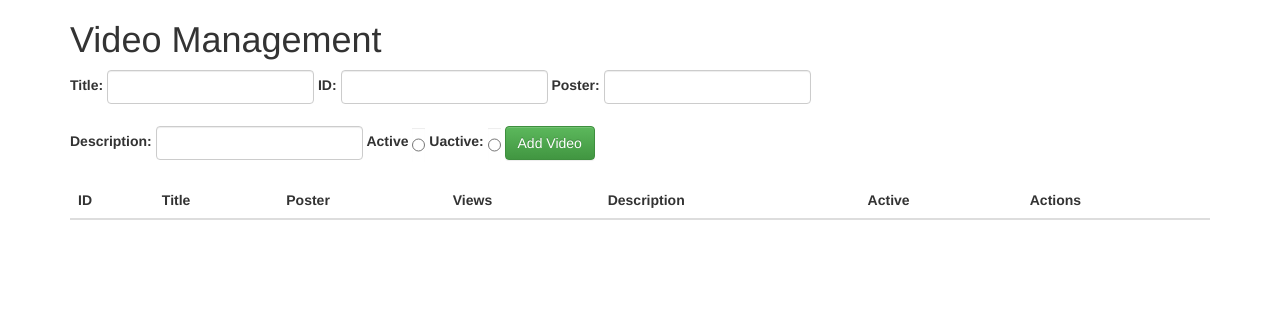
Repository: Hacorbie/Java-Servlet
Page: http://localhost/ASM_JV4/views/User.jsp
An editor plug-in stored every save of this project. The page is shown before and after the next save, followed by the edit.
The browser window is 1280 px wide. The pictures show the whole page.
Some web libraries are served in a nearby version. The page is served by Tomcat 9. The template is opened directly, without the code that normally fills it, so the values that code supplies are empty.

Above is the page before, as saved 2023-04-08 17:20:19.

After the next save:
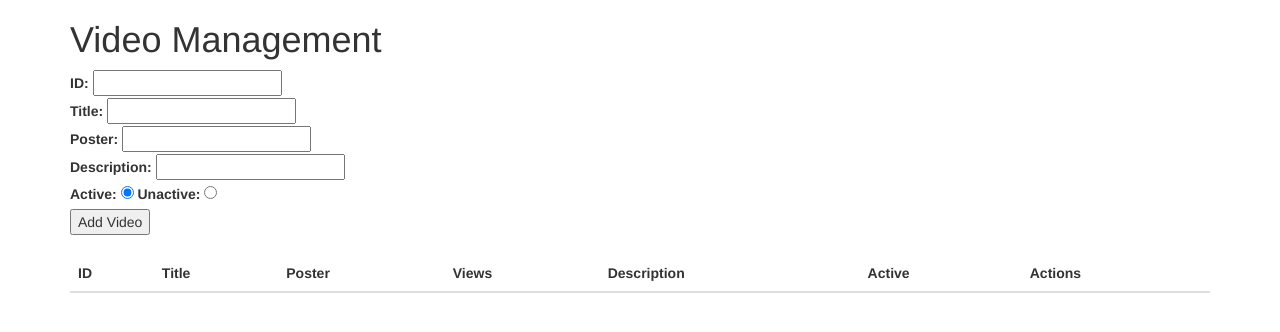
Saved 2 min 52 s later.
--- a/ASM_JV4/src/main/webapp/views/User.jsp
+++ b/ASM_JV4/src/main/webapp/views/User.jsp
@@ -14,30 +14,29 @@
         <h1>Video Management</h1>
         <!-- Form thêm mới video -->
         <form method="post" action="VideoController" class="form-inline">
-            <input type="hidden" name="action" value="add">
-            <div class="form-group">
-                <label for="title">Title:</label>
-                <input type="text" class="form-control" id="title" name="title" required>
-            </div>
-            <div class="form-group">
-                <label for="ID">ID:</label>
-                <input type="text" class="form-control" id="ID" name="ID" required>
-            </div>
-            <div class="form-group">
-                <label for="poster">Poster:</label>
-                <input type="text" class="form-control" id="poster" name="poster" required>
-            </div><br><br>
-            <div class="form-group">
-                <label for="description">Description:</label>
-                <input type="text" class="form-control" id="description" name="description" required>
-            </div>
-            <div class="form-group">
-                <label for="active">Active</label>
-                <input type="radio" class="form-control" id="active" name="active" required>
-                <label for="Uactive">Uactive:</label>
-                <input type="radio" class="form-control" id="Uactive" name="active" required>
-            </div>
-            <button type="submit" class="btn btn-success">Add Video</button>
+            <div>
+    <label for="id">ID:</label>
+    <input type="text" id="id" name="id" required>
+  </div>
+  <div>
+    <label for="title">Title:</label>
+    <input type="text" id="title" name="title" required>
+  </div>
+  <div>
+    <label for="poster">Poster:</label>
+    <input type="text" id="poster" name="poster" required>
+  </div>
+  <div>
+    <label for="description">Description:</label>
+    <input type="text" id="description" name="description" required>
+  </div>
+  <div>
+    <label for="active">Active:</label>
+    <input type="radio" id="active" name="active" value="true" checked>
+    <label for="unactive">Unactive:</label>
+    <input type="radio" id="unactive" name="active" value="false">
+  </div>
+  <button type="submit">Add Video</button>
         </form>
         <br>
         <!-- Bảng hiển thị danh sách video -->
